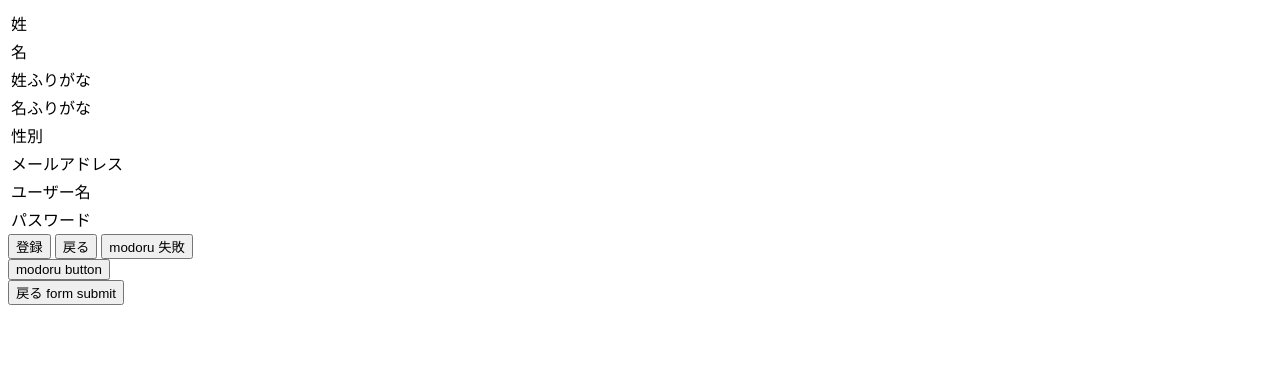
Repository: ryuhei0204/test
Page: http://localhost/Mytest/createConfirm.jsp
The author's editor kept a copy of each file at every save. The page is drawn from the files as they stood at one save, then again after the next save.
The browser window is 1280 px wide. The pictures show the whole page.
The page is served by Tomcat 9. Other server files are loaded and not shown.

Above is the page before, as saved 2019-06-26 02:36:37.

### Mytest/WebContent/createConfirm.jsp
<%@ page language="java" contentType="text/html; charset=UTF-8"
    pageEncoding="UTF-8"%>
<%@ taglib prefix = "s" uri = "/struts-tags" %>

<!DOCTYPE html PUBLIC "-//W3C//DTD HTML 4.01 Transitional//EN" "http://www.w3.org/TR/html4/loose.dtd">
<html>
<head>
<meta http-equiv="Content-Type" content="text/html; charset=UTF-8">
<title>登録確認画面</title>
</head>
<body>
<script src = "./js/button.js"></script>
<form>
<table>
   <tr>
      <td><label>姓</label></td>
      <td><s:property value = "sei"/><s:hidden name ="sei" value ="%{sei}"/></td>
   </tr>

   <tr>
      <td><label>名</label></td>
      <td><s:property value = "mei"/><s:hidden name ="mei" value ="%{mei}"/></td>
   </tr>

   <tr>
      <td><label>姓ふりがな</label></td>
      <td><s:property value = "seikana"/><s:hidden name ="seikana" value ="%{seikana}"/></td>
   </tr>

   <tr>
      <td><label>名ふりがな</label></td>
      <td><s:property value = "meikana"/><s:hidden name ="meikana" value ="%{meikana}"/></td>
   </tr>

   <tr>
      <td><label>性別</label></td>
      <td><s:if test = 'seibetu == 0'>男性</s:if><s:elseif test = 'seibetu == 1'>女性</s:elseif><s:hidden name = "seibetu" value = "%{seibetu}"/></td>
   </tr>

   <tr>
      <td><label>メールアドレス</label></td>
      <td><s:property value ="mail"/><s:hidden name ="mail" value ="%{mail}"/></td>
   </tr>

   <tr>
      <td><label>ユーザー名</label></td>
      <td><s:property value = "userId"/><s:hidden name ="userId" value ="%{userId}"/></td>
   </tr>

   <tr>
      <td><label>パスワード</label></td>
      <td><s:property value = "password"/><s:hidden name ="password" value ="%{password}"/></td>
   </tr>
</table>
<input type = "button" onclick = "formSubmit(this, 'CreateCompleteAction')" value = "登録"/>
<input type = "button" onclick = "formSubmit(this, 'CreateAction')" value = "戻る"/>
<input type = "submit" onclick = "goCreateAction()" value = "modoru 失敗"/>
</form>
<input type = "button" onclick="location.href='CreateAction'" value = "modoru button"/>
<form action = "CreateAction" method = "post">
<input type = "submit" value = "戻る form submit"/>
</form>
</body>
</html>

### Mytest/WebContent/js/button.js
function formSubmit(element, url){

	element.form.setAttribute('action', url);
	element.form.submit();

}

After the next save:
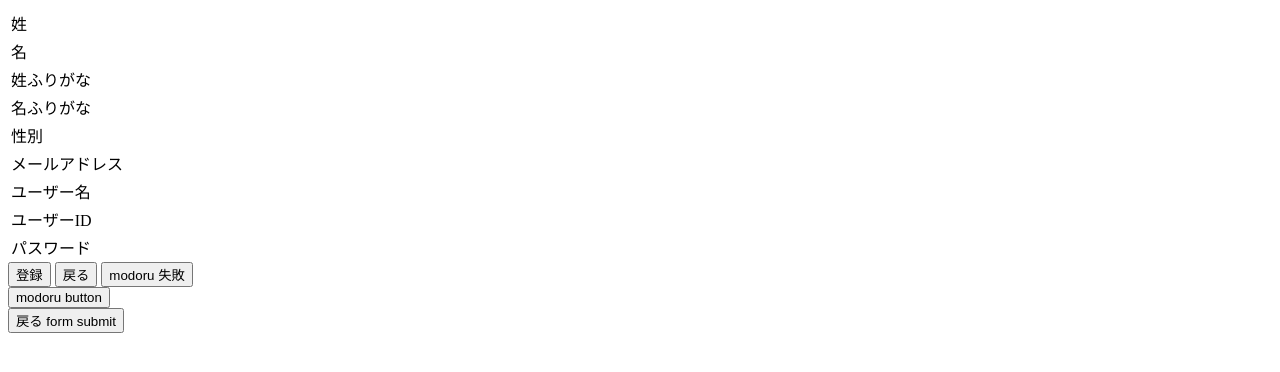
Saved 6 min 49 s later.
--- a/Mytest/WebContent/createConfirm.jsp
+++ b/Mytest/WebContent/createConfirm.jsp
@@ -44,6 +44,11 @@
 
    <tr>
       <td><label>ユーザー名</label></td>
+      <td><s:property value = "userName"/><s:hidden name ="userName" value ="%{userName}"/></td>
+   </tr>
+
+   <tr>
+      <td><label>ユーザーID</label></td>
       <td><s:property value = "userId"/><s:hidden name ="userId" value ="%{userId}"/></td>
    </tr>
 
